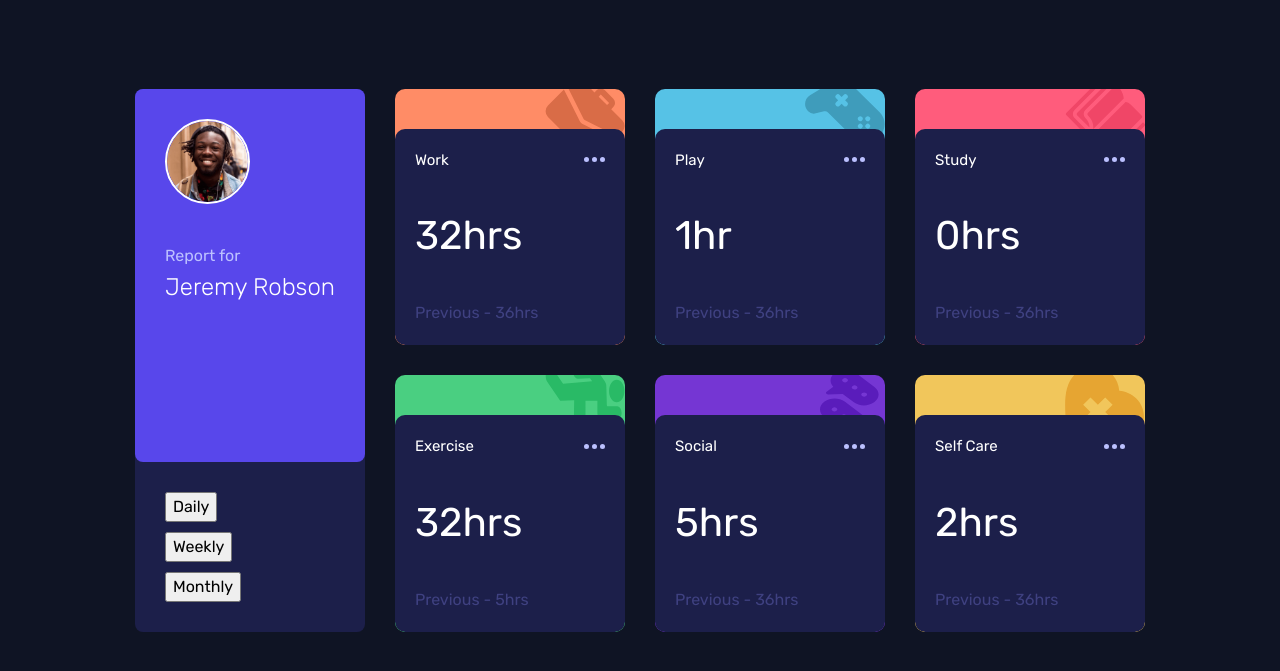
Repository: Akashiii1/WebTimeTracking_Day6
Page: index.html
These files come from the project's save history. The page is drawn as it stood at one moment and after the next save; the edit follows.
The browser window is 1280 px wide. The pictures show the whole page.
After loading, the first visible `button.user-btn` was clicked once.

Above is the page before, as saved 2021-12-27 00:50:49.

After the next save:
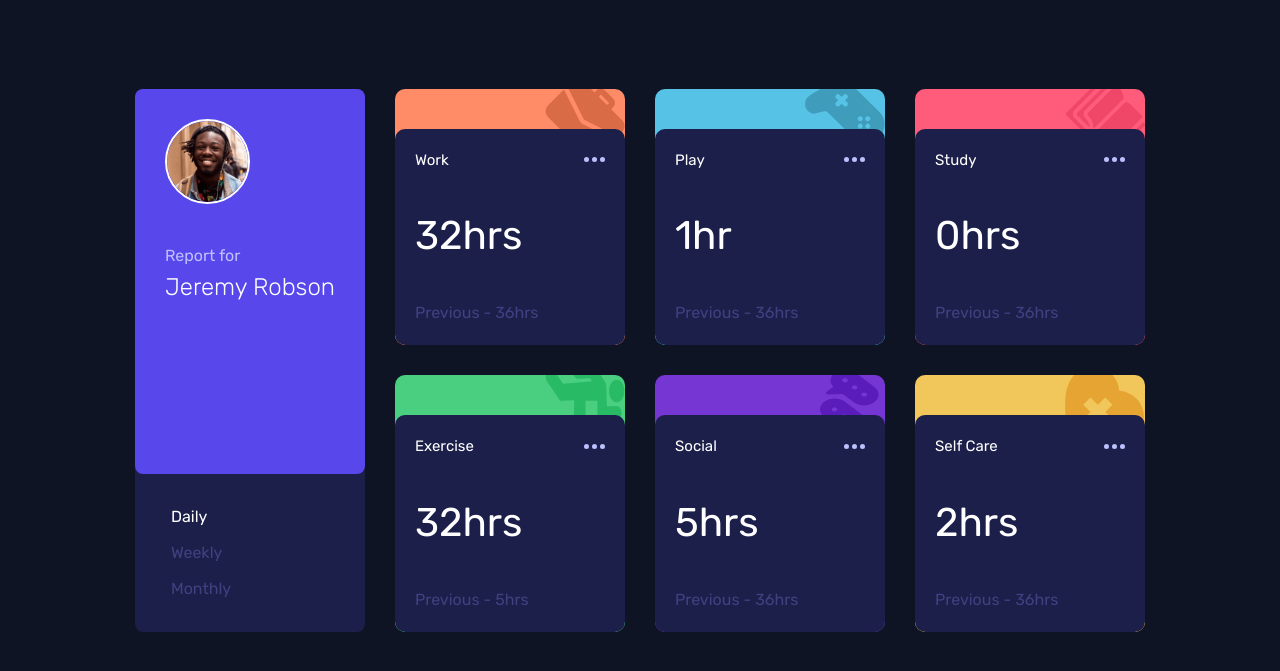
Saved 4 s later.
--- a/app.js
+++ b/app.js
@@ -2,7 +2,7 @@ const options=document.querySelectorAll('.user-btn');
 [...options].forEach(item=>{
   item.addEventListener('click',function(e){
     e.preventDefault();
-    [...options].forEach(item=>item.classList.remove("user-btn"))
+    [...options].forEach(item=>item.classList.remove("active"))
     e.target.classList.add('active');
   })
 })
